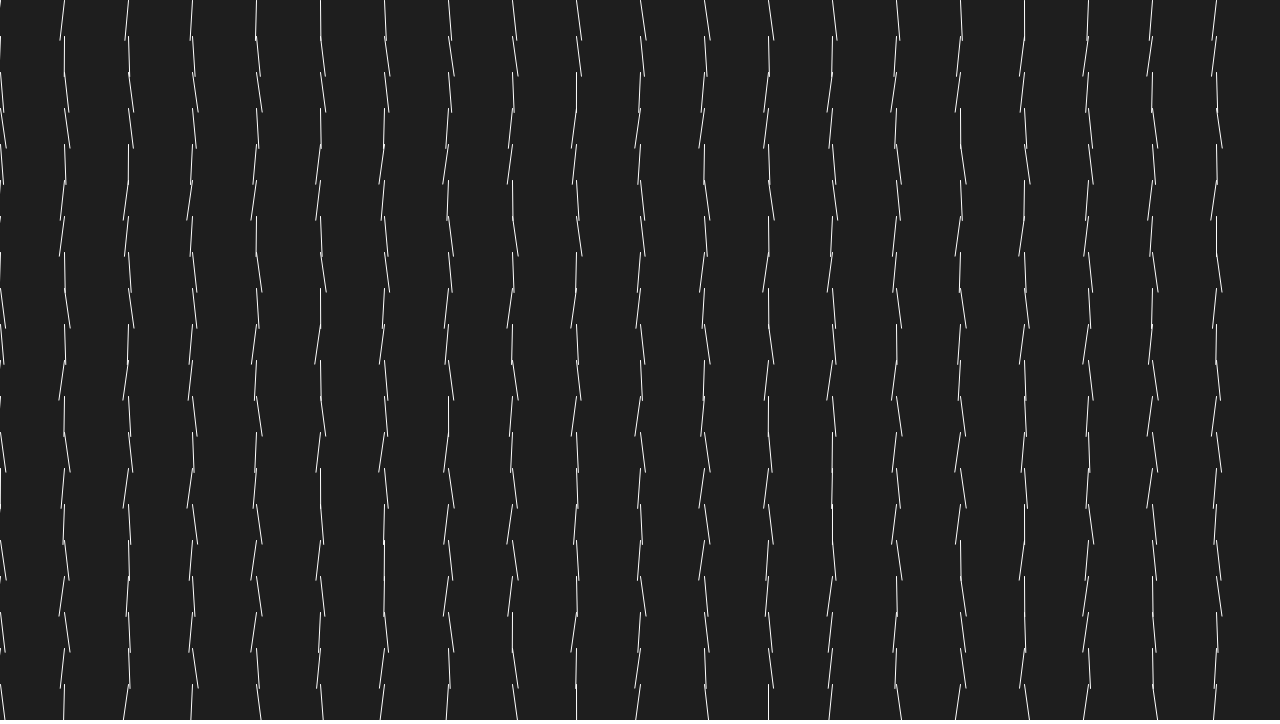
Repository: dylanreimer/electrocrafting
Page: projects/pendulum/index.html
An editor plug-in stored every save of this project. The page is shown before and after the next save, followed by the edit.
The browser window is 1280 px wide. The pictures show the whole page.

Above is the page before, as saved 2021-10-19 01:16:57.

### projects/pendulum/index.html
<!DOCTYPE html>
<html lang="en">
  <head>
    <meta charset="UTF-8" />
    <meta http-equiv="X-UA-Compatible" content="IE=edge" />
    <meta name="viewport" content="width=device-width, initial-scale=1.0" />
    <style>
      body {
      padding: 0;
      margin: 0;
    }
    </style>
    <title>pendulum</title>
      <script src="libs/p5.js"></script>
      <script src="libs/p5.dom.min.js"></script>
      <script src="libs/p5.sound.min.js"></script>
    </head>
  <body>
    <script src="sketch.js"></script>
    <script src="pendulum.js"></script>
  </body>
</html>

### projects/pendulum/sketch.js
const canvasWidth = window.innerWidth;
const canvasHeight = window.innerHeight;

let pendulums = [];

let cols = 20, rows = 20;


function preload() {

}

function setup() {
    createCanvas(canvasWidth, canvasHeight);

    pendulums = make2d(cols, rows);

    for(let i = 0; i < cols; i++) {
        for(let j = 0; j < rows; j++) {

          const xangle = map(mouseX, 0, width, -TWO_PI, TWO_PI);
          const yangle = map(mouseY, 0, height, -TWO_PI, TWO_PI);

          angle = (xangle * (i / width)*4) + (yangle * (j / height)*8);

          //console.log(angle);
          c = map(angle, -2, 2, 0, 50);

          pendulums[i][j] = new Pendulum(i*(canvasWidth/cols), j*(canvasHeight/rows), c/0.8);
        }
    }
}



function draw() {
    background(30);

    for(let i =0; i < cols; i++){
        for(let j = 0; j < rows; j++) {
            pendulums[i][j].render();
            pendulums[i][j].update();
        }
    }
}



function make2d(cols, rows) {
    let array = new Array(cols);
    for (let i = 0; i < array.length; i++) {
        array[i] = new Array(rows);
    }
    return array
}

### projects/pendulum/pendulum.js
class Pendulum {
    constructor(x, y, size, radius=40, velocity=0.001, color=[255, 255, 255]) {
        this.origin = {x: x, y: y};
        this.center = {x: x, y: y};
        this.lineStart = {x: x, y: y};
        this.size = size;
        this.swingRadius = radius;
        this.color = color;
        this.angle = PI/2;
        this.gravity = 0.9;
        this.damping = 0.9995;
        this.accel = 0;
        this.velocity = velocity;
    };

    update() {
        this.updateAngle();
        this.updatePosition();
    };

    render() {
        this.renderArm();
        this.renderWeight();
    };

    updateAngle() {
        this.accel = (-1 * this.gravity/this.size) * sin(this.angle);
        this.velocity += this.accel;
        this.velocity *= this.damping;
        this.angle += this.velocity;

        this.damping -= 0.0001
    };

    updatePosition() {
        this.center.x = sin(this.angle) * this.swingRadius + this.origin.x;
        this.center.y = cos(this.angle) * this.swingRadius + this.origin.y;
    };

    renderArm() {
        stroke(255);
        line(this.center.x, this.center.y, this.lineStart.x, this.lineStart.y);
    }

    renderWeight() {
        fill(this.color);
        ellipse(this.center.x, this.center.y, this.size);
    }


}

Loaded but not shown: projects/aframe/libraries/p5.js (library); projects/pendulum/libs/p5.dom.min.js (library); projects/pendulum/libs/p5.sound.min.js (library)

After the next save:
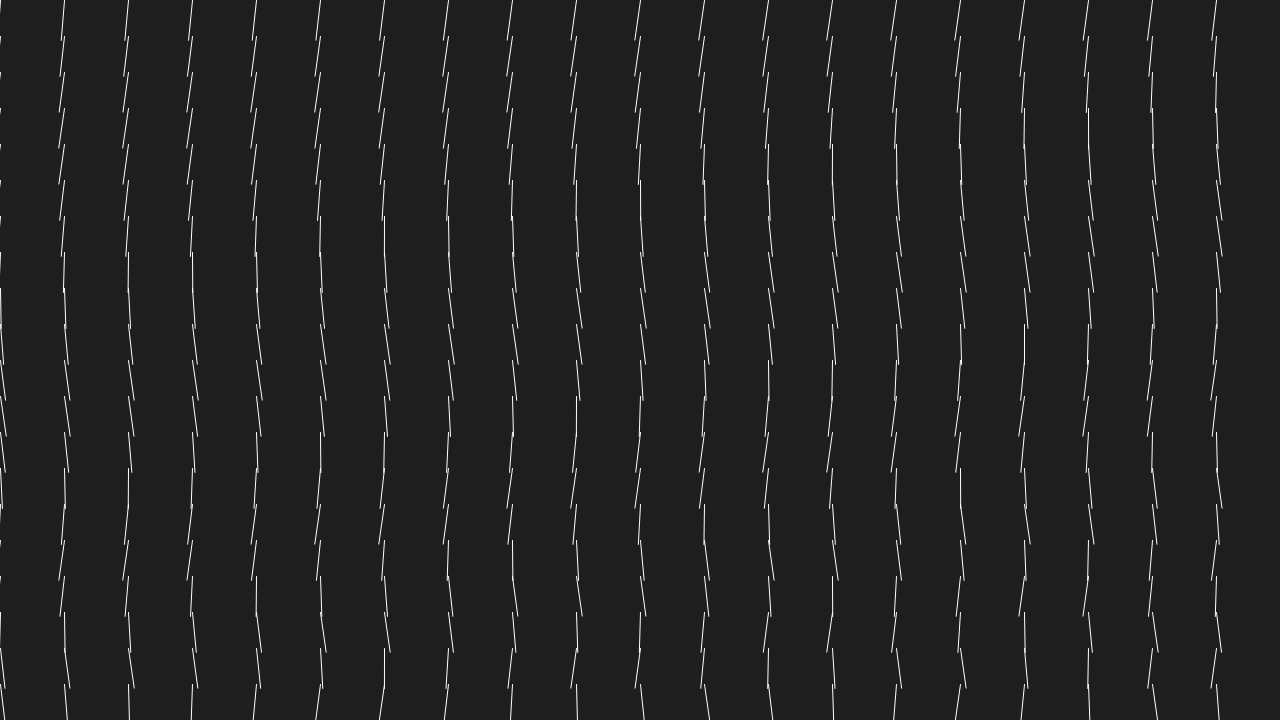
Saved 10 s later.
--- a/projects/pendulum/pendulum.js
+++ b/projects/pendulum/pendulum.js
@@ -7,7 +7,7 @@
         this.swingRadius = radius;
         this.color = color;
         this.angle = PI/2;
-        this.gravity = 0.9;
+        this.gravity = 0.09;
         this.damping = 0.9995;
         this.accel = 0;
         this.velocity = velocity;
